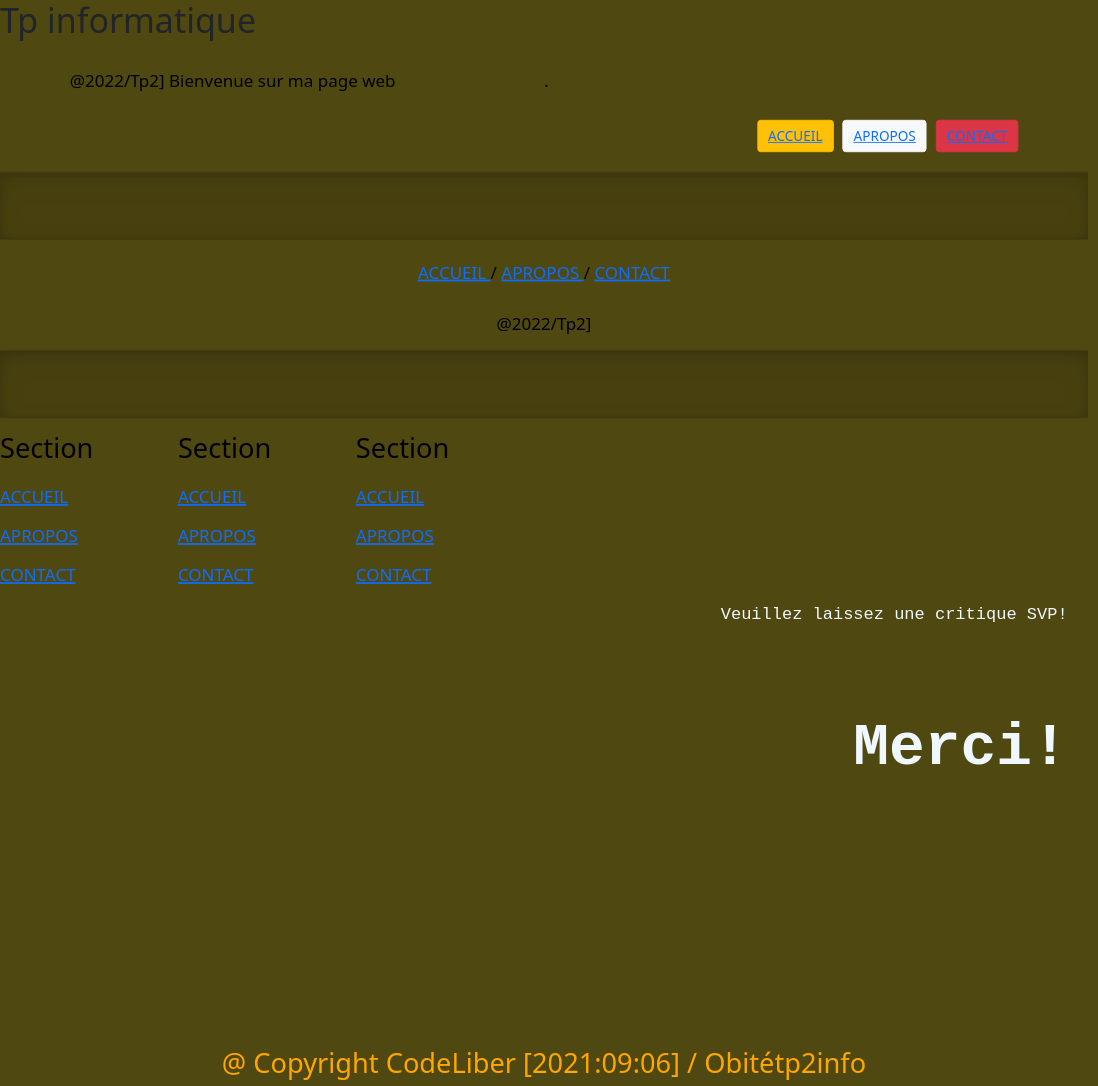
Repository: zezesylvain/cours-l3-info-2023-2024
Page: k.obite/Tp 2/Tp2/Index.html
The author's editor kept a copy of each file at every save. The page is drawn from the files as they stood at one save, then again after the next save.
The browser window is 1280 px wide. The page is 1292 px wide, so the pictures cover 1292 px, including what lies to the right of the window. The pictures show the part of the page from y = 200 to 1478 px (the page is 1478 px tall before and 1418 px after), at 85% of full size.

Above is the page before, as saved 2021-12-15 10:43:13.

### k.obite/Tp 2/Tp2/Index.html
<!doctype html>
<html lang="en">
  <head>
    <!-- Required meta tags -->
    <meta charset="utf-8">
    <meta name="viewport" content="width=device-width, initial-scale=1">

    <!-- Bootstrap CSS -->
    <link href="https://cdn.jsdelivr.net/npm/bootstrap@5.1.3/dist/css/bootstrap.min.css" rel="stylesheet" integrity="sha384-1BmE4kWBq78iYhFldvKuhfTAU6auU8tT94WrHftjDbrCEXSU1oBoqyl2QvZ6jIW3" crossorigin="anonymous">
    <link rel="stylesheet" href="style.css">

    <title>Tp2, programmation, web</title>
  </head>

  <img  id="photo0" src="img10.png">
  <h1> Tp informatique </h1>


  <nav>

  </nav>

  <body>

 <br>


    <div class="container">
      <div class="row">
        <div class="col-md-6">
          <p>@2022/Tp2] Bienvenue sur ma page web</p>
        </div>
        .

        <p class="col-md-6">  </p>

        <p  class="col-md-6" id="fichier1">

          <button type="button" class="btn btn-warning"> <a href="index.html"> ACCUEIL </a>  </button>
          <button type="button" class="btn btn-light"> <a href="about.html"> APROPOS </a> </button>
          <button type="button" class="btn btn-danger"> <a href="contact.html">  CONTACT </a></button>
        </p>
      </div>
    </div>

    <div id="vide">

    </div>

<br>

      <div class="container">


     <div class="row">


<br>
<br>
     <p  class="col-md-12" id="fichier11">

     <a href="index.html"> ACCUEIL </a> /
     <a href="about.html"> APROPOS </a> /
     <a href="contact.html">  CONTACT </a>

     </p>

     <p id="deco" class="col-md-12"> @2022/Tp2] </p>

    </div>
     </div>

     <div id="vide"> </div>

      <div class="row">

    <br>

         <div class="row">

         <p  class="col-md-6" id="fichier111">

           <div class="row">
          <h2 class="col-md-2"> Section </h2>
          <h2 class="col-md-2"> Section </h2>
          <h2 class="col-md-2"> Section </h2>

        </div>
        </p>

         <p class="row">

          <a class="col-md-2" href="index.html"> ACCUEIL  </a>
         <a  class="col-md-2" href="Index.html"> ACCUEIL </a>
         <a class="col-md-2" href="Index.html"> ACCUEIL </a>
         </p>

         <p class="row">

         <a class="col-md-2" href="about.html">  APROPOS  </a>
         <a class="col-md-2" href="Index.html"> APROPOS </a>
         <a class="col-md-2" href="Index.html"> APROPOS </a>
         </p>

         <p class="row">

         <a class="col-md-2" href="contact.html"> CONTACT  </a>
         <a class="col-md-2" href="Index.html"> CONTACT </a>
         <a class="col-md-2" href="Index.html"> CONTACT </a>
         </p>

         <p id="deco2" class="col-md-12"> Veuillez laissez une critique SVP!
           <br>
           <br>
           <br>
           <br>

          <b id="merci"> Merci!</b>

        </p>

         </p>


     <br>
     <br>
     <br>


        </div>

        </div>

        <br>
        <br>
        <br>
        <br>
        <br>
        <br>
        <br>
        <br>


        <footer>
          <h2 id="copy"> @ Copyright CodeLiber [2021:09:06] / Obitétp2info </h2>
       </footer>






    <!-- Optional JavaScript; choose one of the two! -->

    <!-- Option 1: Bootstrap Bundle with Popper -->
    <script src="https://cdn.jsdelivr.net/npm/bootstrap@5.1.3/dist/js/bootstrap.bundle.min.js" integrity="sha384-ka7Sk0Gln4gmtz2MlQnikT1wXgYsOg+OMhuP+IlRH9sENBO0LRn5q+8nbTov4+1p" crossorigin="anonymous"></script>

    <!-- Option 2: Separate Popper and Bootstrap JS -->
    <!--
    <script src="https://cdn.jsdelivr.net/npm/@popperjs/core@2.10.2/dist/umd/popper.min.js" integrity="sha384-7+zCNj/IqJ95wo16oMtfsKbZ9ccEh31eOz1HGyDuCQ6wgnyJNSYdrPa03rtR1zdB" crossorigin="anonymous"></script>
    <script src="https://cdn.jsdelivr.net/npm/bootstrap@5.1.3/dist/js/bootstrap.min.js" integrity="sha384-QJHtvGhmr9XOIpI6YVutG+2QOK9T+ZnN4kzFN1RtK3zEFEIsxhlmWl5/YESvpZ13" crossorigin="anonymous"></script>
    -->
  </body>
</html>

### k.obite/Tp 2/Tp2/style.css

#copy{

    color: rgb(255, 166, 00);
    text-align: center;
}

body{

    background-color:rgb(80, 72, 17)

}




#photo0{

    width: 100%;
    height: 200px;

}



#fichier1{

    font-size: 40px;
    text-align: right;
    color: aliceblue

}

div{


    border: 2px;
    text-align: left;
    font-size: 20px;
    color: black;

}

#vide{

    height: 5rem;
    background-color: rgba(0, 0, 0, 0.1);
    border: solid rgba(0, 0, 0, 0.15);
    border-width: 1px 0;
    box-shadow: inset 0 .5em 1.5em rgba(0, 0, 0, .1), inset 0 .125em .5em rgba(0, 0, 0, .15);
}

#deco{

    text-align: center;
}

#fichier11{

    text-align: center;
}

#deco2{

    color:aliceblue;
    font-family: 'Courier New', Courier, monospace;
    text-align: right;
}

#merci{
    font-size: 70px;
}

#msg{



}

After the next save:
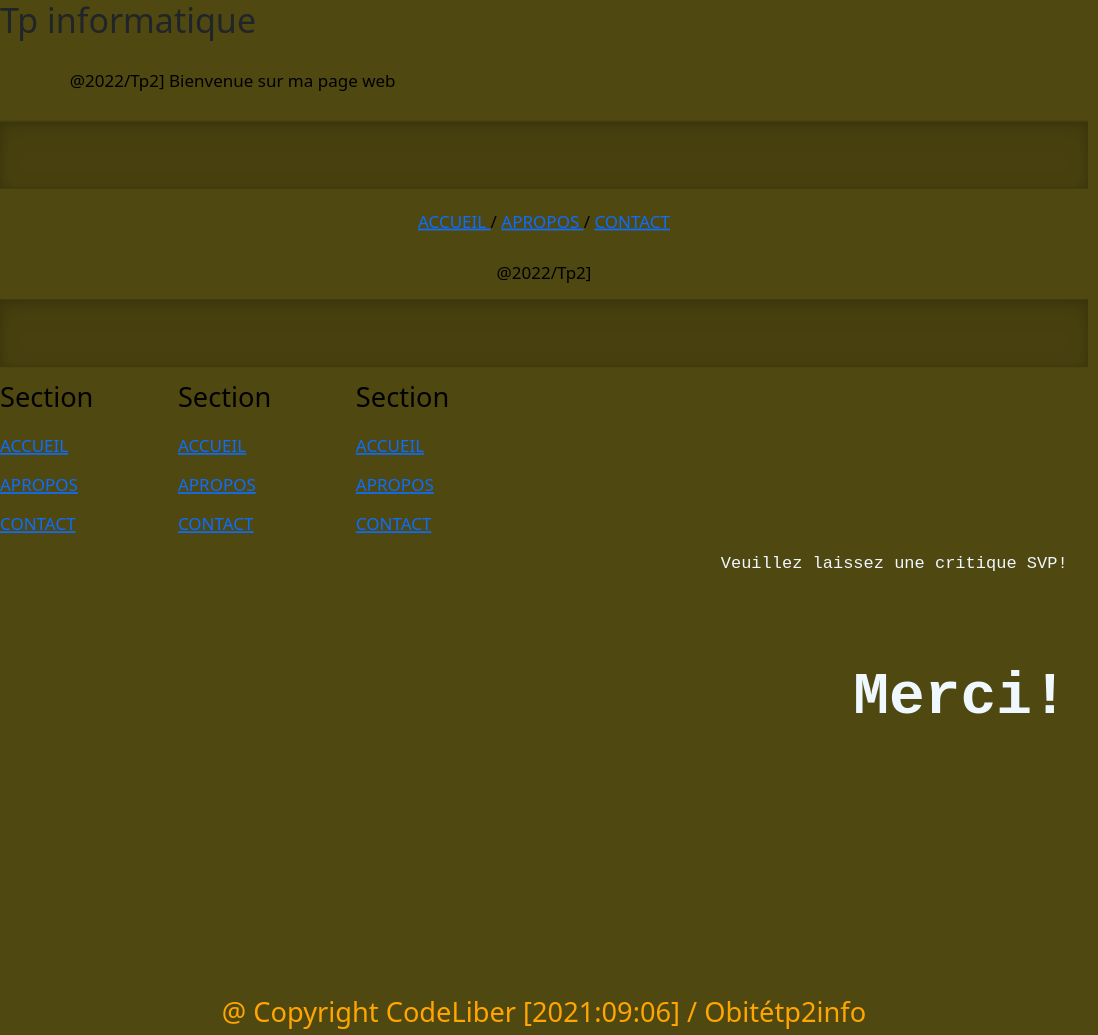
Saved 14 s later.
--- a/k.obite/Tp 2/Tp2/Index.html
+++ b/k.obite/Tp 2/Tp2/Index.html
@@ -30,15 +30,15 @@
         <div class="col-md-6">
           <p>@2022/Tp2] Bienvenue sur ma page web</p>
         </div>
-        .
+        <div class="col-md-6">
+
+        </div>
 
         <p class="col-md-6">  </p>
 
         <p  class="col-md-6" id="fichier1">
 
-          <button type="button" class="btn btn-warning"> <a href="index.html"> ACCUEIL </a>  </button>
-          <button type="button" class="btn btn-light"> <a href="about.html"> APROPOS </a> </button>
-          <button type="button" class="btn btn-danger"> <a href="contact.html">  CONTACT </a></button>
+
         </p>
       </div>
     </div>
